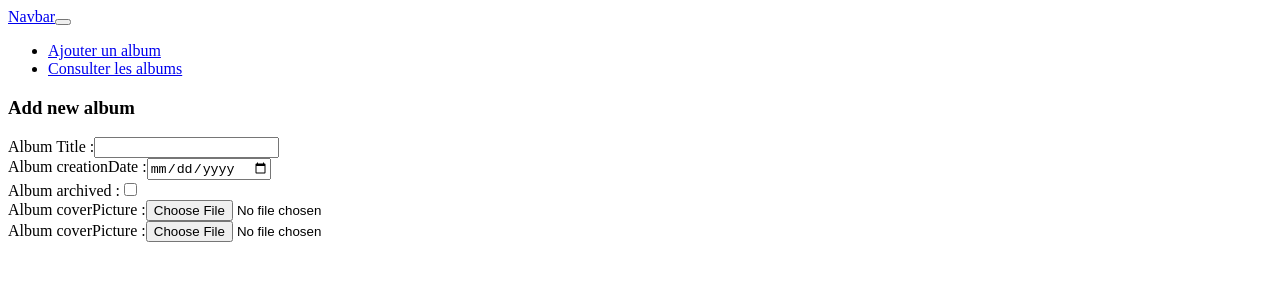
Repository: yassinecher/TestCC4SAE6
Page: /albums/add
These files come from the project's save history. The page is drawn as it stood at one moment and after the next save; the edit follows.
The browser window is 1280 px wide. The pictures show the whole page.
The project was rebuilt for these pictures with package versions that can differ from the ones it lists, and the page was loaded fresh each time. Also part of the build but not shown: angular.json, src/app/components/albums/albums.component.ts, src/app/components/not-found/not-found.component.ts.

Above is the page before, as saved 2024-12-20 14:38:09.

### src/index.html
<!doctype html>
<html lang="en">
<head>
  <meta charset="utf-8">
  <title>TestCCYassinecherni</title>
  <base href="/">
  <meta name="viewport" content="width=device-width, initial-scale=1">
  <link rel="icon" type="image/x-icon" href="favicon.ico">
</head>
<body>
  <app-root></app-root>
</body>
</html>

### src/app/app.module.ts
import { NgModule } from '@angular/core';
import { BrowserModule } from '@angular/platform-browser';

import { AppComponent } from './app.component';
import { AppRoutingModule } from './app-routing.module';
import { NavBarComponent } from './components/nav-bar/nav-bar.component';
import { AlbumsComponent } from './components/albums/albums.component';
import { AddAlbumsComponent } from './components/add-albums/add-albums.component';
import { NotFoundComponent } from './components/not-found/not-found.component';
import { FormsModule, ReactiveFormsModule } from '@angular/forms';

@NgModule({
  declarations: [
    AppComponent,
    NavBarComponent,
    AlbumsComponent,
    AddAlbumsComponent,
    NotFoundComponent,

  ],
  imports: [
    BrowserModule,
    AppRoutingModule,
    FormsModule,

    ReactiveFormsModule
  ],
  providers: [],
  bootstrap: [AppComponent]
})
export class AppModule { }

### src/app/app.component.ts
import { Component } from '@angular/core';

@Component({
  selector: 'app-root',
  templateUrl: './app.component.html',
  styleUrls: ['./app.component.css']
})
export class AppComponent {
  title = 'testCC_Yassinecherni';
}

### src/app/app-routing.module.ts
import { NgModule } from '@angular/core';
import { RouterModule, Routes } from '@angular/router';
import { AlbumsComponent } from './components/albums/albums.component';
import { AddAlbumsComponent } from './components/add-albums/add-albums.component';
import { NotFoundComponent } from './components/not-found/not-found.component';

const routes: Routes = [
  { path: 'albums', component: AlbumsComponent },
  { path: '', redirectTo: '/albums', pathMatch: 'full' },

  { path: 'albums/add', component: AddAlbumsComponent },
  { path: '**', component: NotFoundComponent },
];

@NgModule({
  imports: [RouterModule.forRoot(routes)],
  exports: [RouterModule]
})
export class AppRoutingModule { }

### src/app/components/add-albums/add-albums.component.ts
import { Component, OnInit } from '@angular/core';
import { FormControl, FormGroup, Validators } from '@angular/forms';

@Component({
  selector: 'app-add-albums',
  templateUrl: './add-albums.component.html',
  styleUrls: ['./add-albums.component.css']
})
export class AddAlbumsComponent  {
  album!: FormGroup;
  ngOnInit(): void {
    this.album = new FormGroup({
      title: new FormControl('', [
        Validators.required,
      ]),
      creationDate: new FormControl('', [
        Validators.required,

      ]),
      archived: new FormControl('', [
        Validators.required,

      ]),
      coverPicture: new FormControl('', [Validators.required]),
      photos: new FormControl('', [Validators.required]),

    });

  }
}

### src/app/app.component.html
<app-nav-bar>
</app-nav-bar>

  <router-outlet></router-outlet>

### src/app/components/nav-bar/nav-bar.component.html
<nav class="navbar navbar-expand-lg navbar-light bg-light">
    <div class="container-fluid">
        <a class="navbar-brand" href="#">Navbar</a>
        <button class="navbar-toggler" type="button" data-bs-toggle="collapse" data-bs-target="#navbarNav"
            aria-controls="navbarNav" aria-expanded="false" aria-label="Toggle navigation">
            <span class="navbar-toggler-icon"></span>
        </button>
        <div class="collapse navbar-collapse" id="navbarNav">
            <ul class="navbar-nav">
                <li class="nav-item">
                    <a class="nav-link active" aria-current="page"
                    routerLink="/albums/add">Ajouter un album</a>
                </li>
                <li class="nav-item">
                    <a class="nav-link active" aria-current="page"
                    routerLink="/albums">Consulter les albums</a>
                </li>
            </ul>
        </div>
    </div>
</nav>

### src/app/components/add-albums/add-albums.component.html
<div class="container">
    <div class="row">
        <h3>Add new album</h3>
    </div>
    <div class="row">
        <form [formGroup]="album">
            <div class="mb-3">
                <label>Album Title :</label>
                <input type="text" class="form-control" formControlName="title">
                <div class="alert alert-danger" *ngIf="album.get('title')!.invalid
                && (album.get('title')!.touched||album.get('title')!.dirty)">
                    <div *ngIf="album.get('title')!.hasError('required')">
                        album number is required</div>
                    <div *ngIf="album.get('title')!.hasError('pattern')">
                        album number invalid</div>
                </div>
            </div>
            <div class="mb-3">
                <label>Album creationDate :</label>
                <input type="date" class="form-control" formControlName="creationDate">
                <div class="alert alert-danger" *ngIf="album.get('creationDate')!.invalid
                && (album.get('creationDate')!.touched||album.get('creationDate')!.dirty)">
                    <div *ngIf="album.get('title')!.hasError('required')">
                        album number is required</div>
                    <div *ngIf="album.get('title')!.hasError('pattern')">
                        album number invalid</div>
                </div>
            </div>
            <div class="mb-3">
                <label>Album archived :</label>
                <input type="checkbox" class="form-control" formControlName="archived">
            </div>
            <div class="mb-3">
                <label>Album coverPicture :</label>
                <input type="file" class="form-control" formControlName="coverPicture">
                <div class="alert alert-danger" *ngIf="album.get('coverPicture')!.invalid
                && (album.get('coverPicture')!.touched||album.get('coverPicture')!.dirty)">
                    <div *ngIf="album.get('coverPicture')!.hasError('required')">
                        album number is required</div>
                    <div *ngIf="album.get('coverPicture')!.hasError('pattern')">
                        album number invalid</div>
                </div>
            </div>
            <div class="mb-3">
                <label>Album coverPicture :</label>
                <input type="file"   class="form-control" formControlName="coverPicture">
                <div class="alert alert-danger" *ngIf="album.get('coverPicture')!.invalid
                && (album.get('coverPicture')!.touched||album.get('coverPicture')!.dirty)">
                    <div *ngIf="album.get('coverPicture')!.hasError('required')">
                        album number is required</div>
                    <div *ngIf="album.get('coverPicture')!.hasError('pattern')">
                        album number invalid</div>
                </div>
            </div>
        </form>
    </div>
</div>

Loaded but not shown: src/styles.css (common file); src/main.ts (common file); src/app/components/nav-bar/nav-bar.component.ts (common file); src/app/app.component.css (no stored copy; drawn as an empty file); src/app/components/add-albums/add-albums.component.css (no stored copy; drawn as an empty file); src/app/components/nav-bar/nav-bar.component.css (no stored copy; drawn as an empty file)

After the next save:
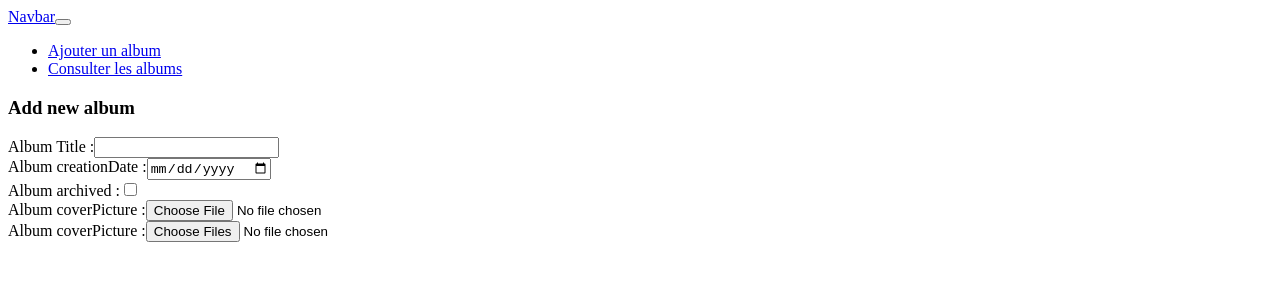
Saved 26 s later.
--- a/src/app/components/add-albums/add-albums.component.html
+++ b/src/app/components/add-albums/add-albums.component.html
@@ -43,7 +43,7 @@
             </div>
             <div class="mb-3">
                 <label>Album coverPicture :</label>
-                <input type="file"   class="form-control" formControlName="coverPicture">
+                <input type="file"  multiple class="form-control" formControlName="coverPicture">
                 <div class="alert alert-danger" *ngIf="album.get('coverPicture')!.invalid
                 && (album.get('coverPicture')!.touched||album.get('coverPicture')!.dirty)">
                     <div *ngIf="album.get('coverPicture')!.hasError('required')">
